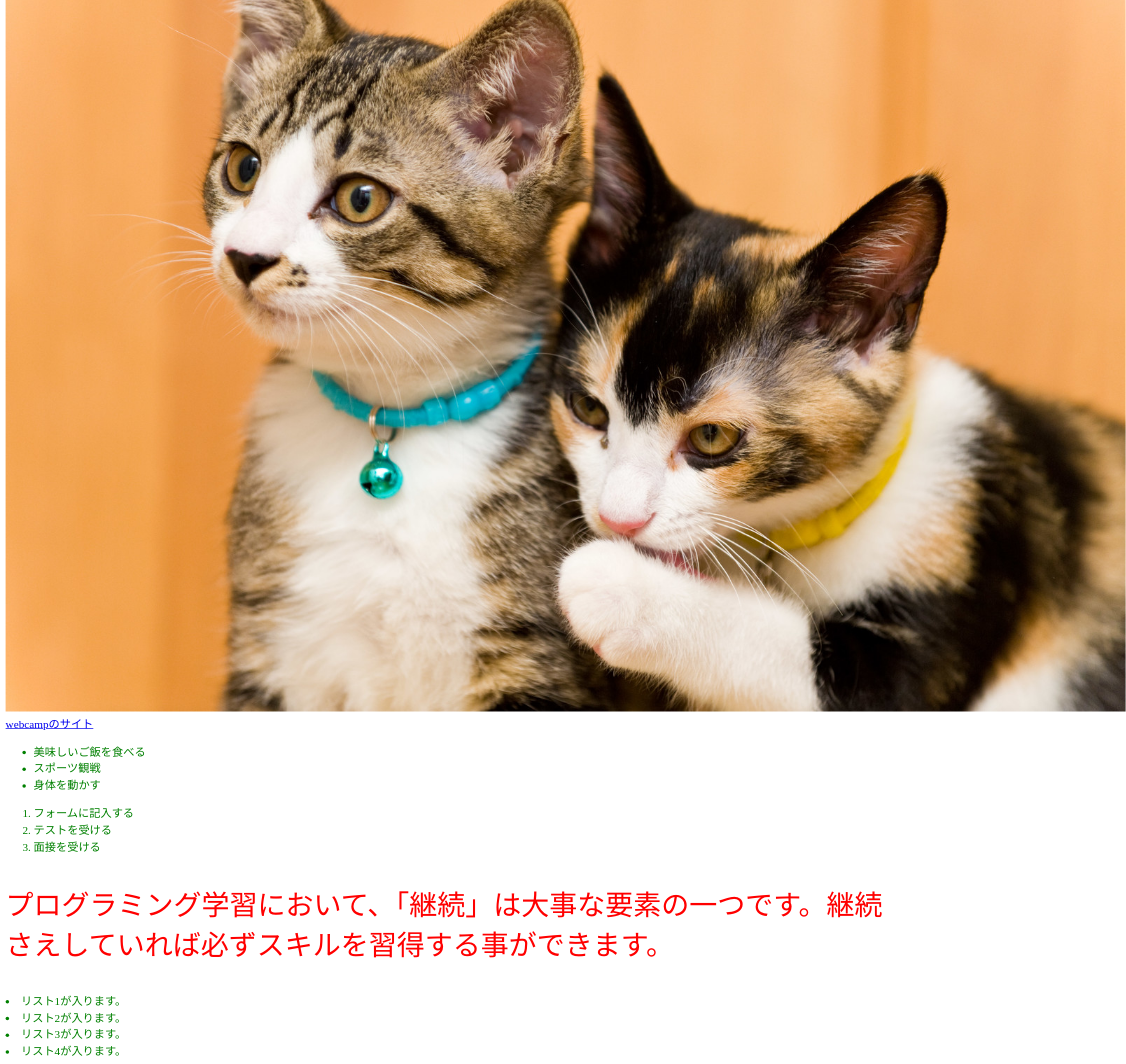
Repository: yamadan96/WEB-CAMP
Page: practice/index.html
These files come from the project's save history. The page is drawn as it stood at one moment and after the next save; the edit follows.
The browser window is 1280 px wide. The page is 1608 px wide, so the pictures cover 1608 px, including what lies to the right of the window. The pictures show the part of the page from y = 649 to 2169 px (the page is 2169 px tall), at 70% of full size.

Above is the page before, as saved 2022-04-06 04:32:44.

After the next save:
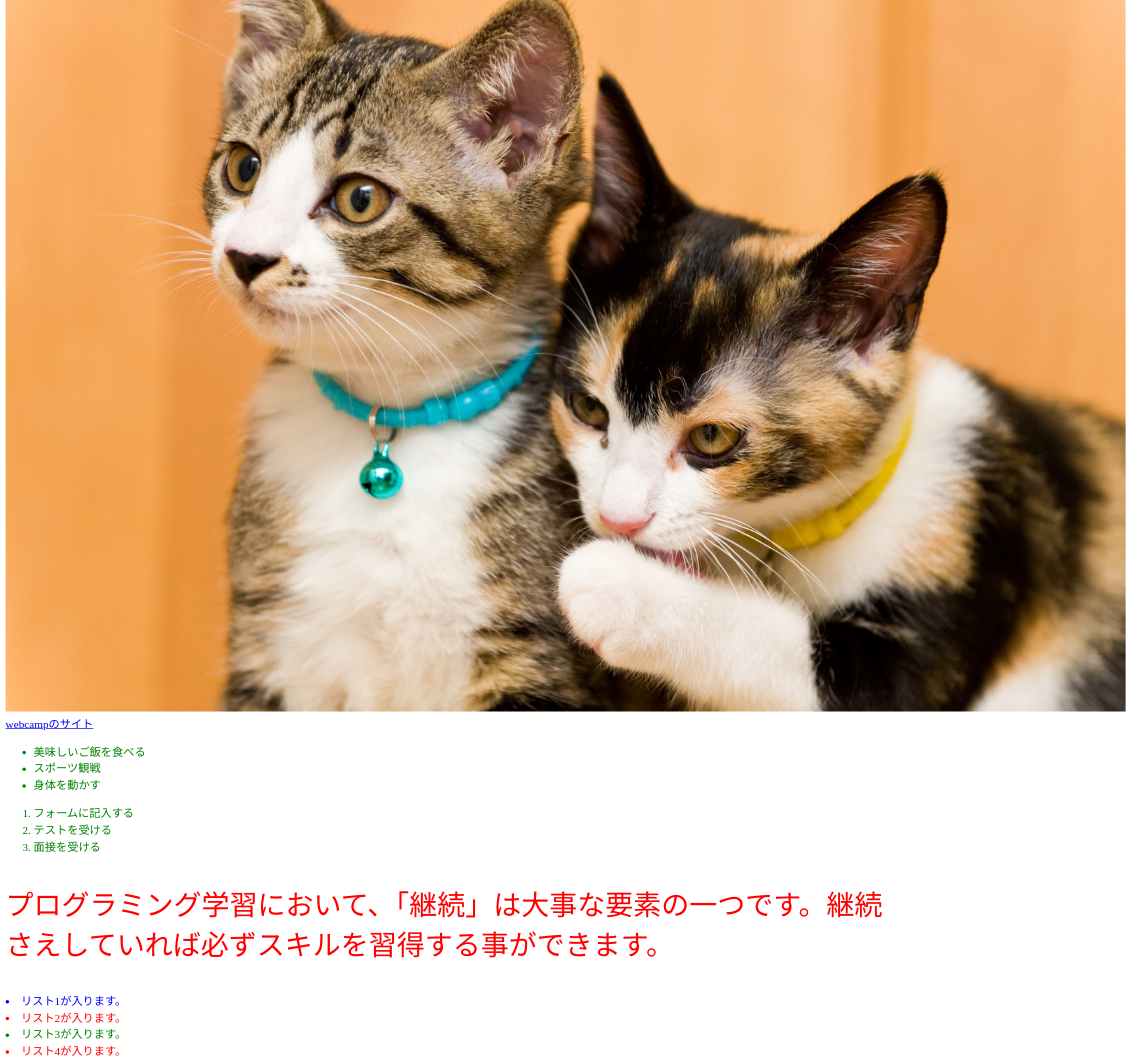
Saved 17 s later.
--- a/practice/css/style.css
+++ b/practice/css/style.css
@@ -6,3 +6,11 @@ p {
 li {
     color: green;
 }
+
+#list_id {
+    color: blue;
+  }
+
+  .list_class {
+    color: red;
+  }
